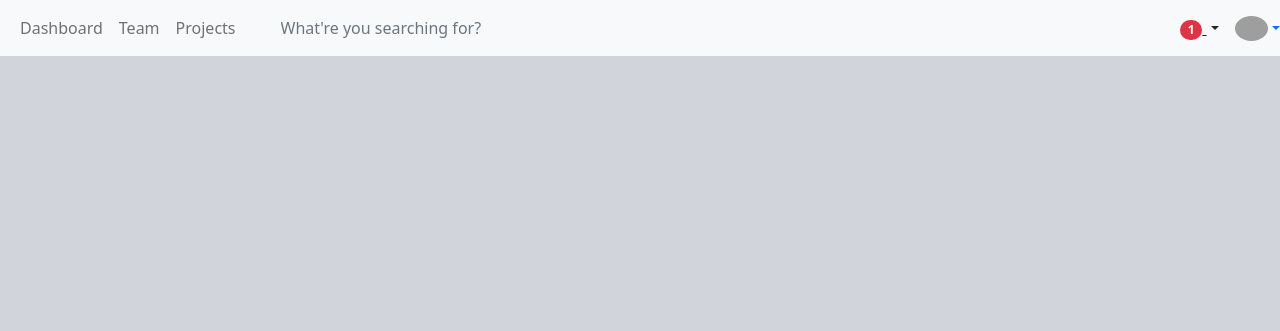
Repository: AlisaSkryp/photoblog
Page: index.html
These files come from the project's save history. The page is drawn as it stood at one moment and after the next save; the edit follows.
The browser window is 1280 px wide. The pictures show the whole page.
Pictures or frames that could not be fetched are drawn as grey boxes.

Above is the page before, as saved 2023-04-09 18:43:31.

### index.html
<!DOCTYPE html>
<html lang="en">
<head>
	<meta charset="UTF-8">
	<meta http-equiv="X-UA-Compatible" content="IE=edge">
	<meta name="viewport" content="width=device-width, initial-scale=1.0">
	<link href="https://cdn.jsdelivr.net/npm/bootstrap@5.0.2/dist/css/bootstrap.min.css" rel="stylesheet" integrity="sha384-EVSTQN3/azprG1Anm3QDgpJLIm9Nao0Yz1ztcQTwFspd3yD65VohhpuuCOmLASjC" crossorigin="anonymous">
<link href="https://cdnjs.cloudflare.com/ajax/libs/font-awesome/4.7.0/css/font-awesome.min.css">
<link rel="stylesheet" href="style.css">
</head>
<body>


<header>
	<!-- Navbar -->
<nav class="navbar navbar-expand-lg navbar-light bg-light">
  <!-- Container wrapper -->
  <div class="container-fluid">
    <!-- Toggle button -->
    <button
      class="navbar-toggler"
      type="button"
      data-mdb-toggle="collapse"
      data-mdb-target="#navbarSupportedContent"
      aria-controls="navbarSupportedContent"
      aria-expanded="false"
      aria-label="Toggle navigation"
    >
      <i class="fas fa-bars"></i>
    </button>

    <!-- Collapsible wrapper -->
    <div class="collapse navbar-collapse" id="navbarSupportedContent">
      <!-- Left links -->
      <ul class="navbar-nav me-auto mb-2 mb-lg-0">
        <li class="nav-item">
          <a class="nav-link" href="#">Dashboard</a>
        </li>
        <li class="nav-item">
          <a class="nav-link" href="#">Team</a>
        </li>
        <li class="nav-item">
          <a class="nav-link" href="#">Projects</a>
        </li>
      </ul>
      <!-- Left links -->
    </div>
    <!-- Collapsible wrapper -->
		<div class="input-group">
			<div class="input-group-prepend">
				<button id="button-addon2" type="submit" class="btn btn-link text-warning"><i class="fa fa-search"></i></button>
			</div>
			<input type="search" placeholder="What're you searching for?" aria-describedby="button-addon2" class="form-control border-0 bg-light">
		</div>
	</div>
    <!-- Right elements -->
    <div class="d-flex align-items-center">
      <!-- Icon -->
      <a class="text-reset me-3" href="#">
        <i class="fas fa-shopping-cart"></i>
      </a>

      <!-- Notifications -->
      <div class="dropdown">
        <a
          class="text-reset me-3 dropdown-toggle hidden-arrow"
          href="#"
          id="navbarDropdownMenuLink"
          role="button"
          data-mdb-toggle="dropdown"
          aria-expanded="false"
        >
          <i class="fas fa-bell"></i>
          <span class="badge rounded-pill badge-notification bg-danger">1</span>
        </a>
        <ul
          class="dropdown-menu dropdown-menu-end"
          aria-labelledby="navbarDropdownMenuLink"
        >
          <li>
            <a class="dropdown-item" href="#">Some news</a>
          </li>
          <li>
            <a class="dropdown-item" href="#">Another news</a>
          </li>
          <li>
            <a class="dropdown-item" href="#">Something else here</a>
          </li>
        </ul>
      </div>
      <!-- Avatar -->
      <div class="dropdown">
        <a
          class="dropdown-toggle d-flex align-items-center hidden-arrow"
          href="#"
          id="navbarDropdownMenuAvatar"
          role="button"
          data-mdb-toggle="dropdown"
          aria-expanded="false"
        >
          <img
            src="https://mdbcdn.b-cdn.net/img/new/avatars/2.webp"
            class="rounded-circle"
            height="25"
            alt="Black and White Portrait of a Man"
            loading="lazy"
          />
        </a>
        <ul
          class="dropdown-menu dropdown-menu-end"
          aria-labelledby="navbarDropdownMenuAvatar"
        >
          <li>
            <a class="dropdown-item" href="#">My profile</a>
          </li>
          <li>
            <a class="dropdown-item" href="#">Settings</a>
          </li>
          <li>
            <a class="dropdown-item" href="#">Logout</a>
          </li>
        </ul>
      </div>
    </div>
    <!-- Right elements -->
  </div>
  <!-- Container wrapper -->
</nav>
<!-- Navbar -->
</header>
	<script src="https://cdn.jsdelivr.net/npm/bootstrap@5.0.2/dist/js/bootstrap.bundle.min.js" integrity="sha384-MrcW6ZMFYlzcLA8Nl+NtUVF0sA7MsXsP1UyJoMp4YLEuNSfAP+JcXn/tWtIaxVXM" crossorigin="anonymous"></script>
</body>
</html>

### style.css
body{

	background: #d1d5db;
}

.height{

	height: 100vh;
}

.form{

	position: relative;
}

.form .fa-search{

	position: absolute;
	top:20px;
	left: 20px;
	color: #9ca3af;

}

.form span{

			position: absolute;
	right: 17px;
	top: 13px;
	padding: 2px;
	border-left: 1px solid #d1d5db;

}

.left-pan{
	padding-left: 7px;
}

.left-pan i{

 padding-left: 10px;
}

.form-input{

	height: 55px;
	text-indent: 33px;
	border-radius: 10px;
}

.form-input:focus{

	box-shadow: none;
	border:none;
}

After the next save:
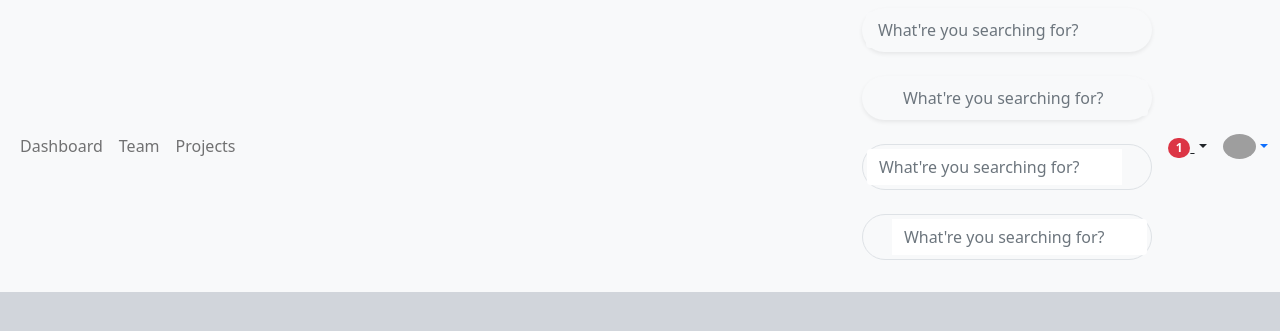
Saved 4 min 15 s later.
--- a/index.html
+++ b/index.html
@@ -46,13 +46,37 @@
       <!-- Left links -->
     </div>
     <!-- Collapsible wrapper -->
-		<div class="input-group">
-			<div class="input-group-prepend">
-				<button id="button-addon2" type="submit" class="btn btn-link text-warning"><i class="fa fa-search"></i></button>
+     <!-- Custom rounded search bars with input group -->
+		 <form action="">
+			<div class="p-1 bg-light rounded rounded-pill shadow-sm mb-4">
+				<div class="input-group">
+					<input type="search" placeholder="What're you searching for?" aria-describedby="button-addon1" class="form-control border-0 bg-light">
+					<div class="input-group-append">
+						<button id="button-addon1" type="submit" class="btn btn-link text-primary"><i class="fa fa-search"></i></button>
+					</div>
+				</div>
 			</div>
-			<input type="search" placeholder="What're you searching for?" aria-describedby="button-addon2" class="form-control border-0 bg-light">
-		</div>
-	</div>
+			<div class="p-1 bg-light rounded rounded-pill shadow-sm mb-4">
+				<div class="input-group">
+					<div class="input-group-prepend">
+						<button id="button-addon2" type="submit" class="btn btn-link text-warning"><i class="fa fa-search"></i></button>
+					</div>
+					<input type="search" placeholder="What're you searching for?" aria-describedby="button-addon2" class="form-control border-0 bg-light">
+				</div>
+			</div>
+			<div class="input-group mb-4 border rounded-pill p-1">
+				<input type="search" placeholder="What're you searching for?" aria-describedby="button-addon3" class="form-control bg-none border-0">
+				<div class="input-group-append border-0">
+					<button id="button-addon3" type="button" class="btn btn-link text-success"><i class="fa fa-search"></i></button>
+				</div>
+			</div>
+			<div class="input-group mb-4 border rounded-pill p-1">
+				<div class="input-group-prepend border-0">
+					<button id="button-addon4" type="button" class="btn btn-link text-info"><i class="fa fa-search"></i></button>
+				</div>
+				<input type="search" placeholder="What're you searching for?" aria-describedby="button-addon4" class="form-control bg-none border-0">
+			</div>
+		</form>
     <!-- Right elements -->
     <div class="d-flex align-items-center">
       <!-- Icon -->
